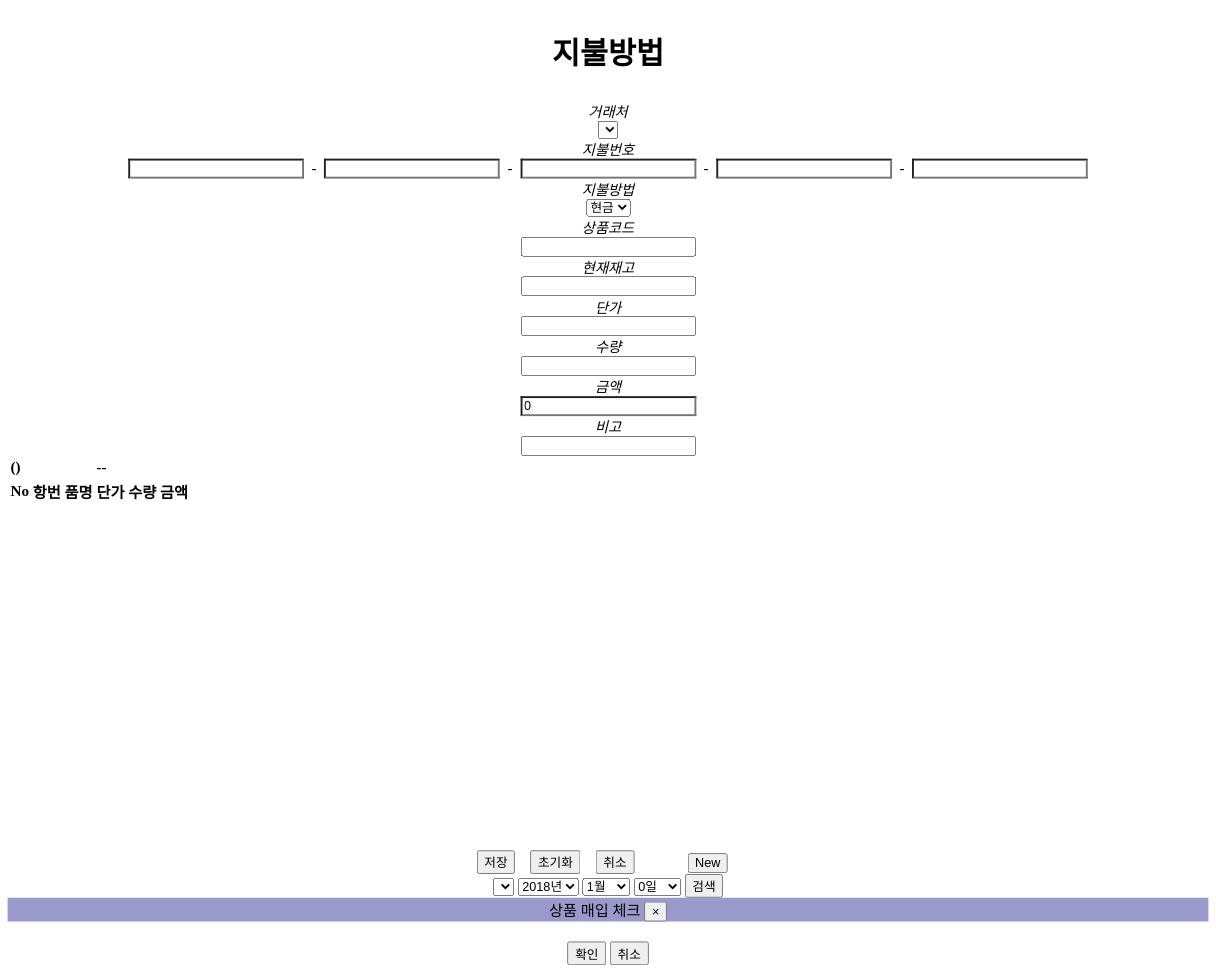
Repository: jaehyuny/springcontentall
Page: http://localhost/ncs4project/WEB-INF/views/distribution/pay_insert_form.jsp
An editor plug-in stored every save of this project. The page is shown before and after the next save, followed by the edit.
The browser window is 1280 px wide. The pictures show the whole page, at 95% of full size.
The page is served by Tomcat 9. Nobody is signed in. Other server files are loaded and not shown. The template is opened directly, without the code that normally fills it, so the values that code supplies are empty.

Above is the page before, as saved 2018-07-25 06:22:32.

### ncs4webproject/ncs4project/src/main/webapp/WEB-INF/views/distribution/pay_insert_form.jsp
<%@ page language="java" contentType="text/html; charset=UTF-8"
    pageEncoding="UTF-8"%>
    <%@ taglib uri="http://java.sun.com/jsp/jstl/core" prefix="c" %>
<!DOCTYPE html PUBLIC "-//W3C//DTD HTML 4.01 Transitional//EN" "http://www.w3.org/TR/html4/loose.dtd">
<html>
<head>
<meta http-equiv="Content-Type" content="text/html; charset=UTF-8">
<title>Insert title here</title>
</head>
<body>
	<form id="buy_form" name="buy_form" action="buyinsert" method="post">
		<input type="hidden" id="vendname" name="vendname">
		<input type="hidden" id="seq" name="seq" value="0">
		<input type="hidden" id="beforeqty" name="beforeqty" value="0">
		<input type="hidden" id="beforeprocode" name="beforeprocode" value="0">
		<input type="hidden" id="beforeprice" name="beforeprice" value="0">
		<div class="container" style="text-align: center">
			<div style="margin-top: 30px">
				<h1>지불방법</h1>
			</div>
			<div class="row" style="margin-top: 30px">
				<div class="input-group mb-3 col-md-6">
					<div class="input-group mb-3">
						<div class="input-group-prepend">
							<span class="input-group-text" style="width: 100px"><i
								class="fas fa-address-card" style="font-size: 15px"> 거래처</i></span>
						</div>
						<select id="selectvender" name="vendcode" class="form-control">
							<c:forEach var="vender" items="${venders}">
								<option value="${vender.code}"<c:if test="${vender.code == buy.vendcode}">selected</c:if>>${vender.name}</option>
							</c:forEach>
						</select>
					</div>
					<div class="input-group mb-3">
						<div class="input-group-prepend">
							<span class="input-group-text" style="width: 100px"><i
								class="fas fa-address-card" style="font-size: 15px"> 지불번호</i></span>
						</div>
						<input type="text" id="yyyy" name="yyyy" class="form-control" style="background-color: #fff" value="${buy.yyyy}" readonly>
						&nbsp-&nbsp
						<input type="text" id="mm" name="mm" class="form-control" style="background-color: #fff" value="${buy.mm}" readonly>
						&nbsp-&nbsp
						<input type="text" id="dd" name="dd" class="form-control" style="background-color: #fff" value="${buy.dd}" readonly>
						&nbsp-&nbsp
						<input type="text" id="no" name="no" class="form-control" style="background-color: #fff" value="${buy.no}" readonly>
						&nbsp-&nbsp
						<input type="text" id="hang" name="hang" class="form-control" style="background-color: #fff" value="${buy.hang}" readonly>
					</div>
					<div class="input-group mb-3">
						<div class="input-group-prepend">
							<span class="input-group-text" style="width: 100px"><i
								class="fas fa-address-card" style="font-size: 15px"> 지불방법</i></span>
						</div>
						<select id="payway" name="payway" class="form-control">
							<option value="현금">현금</option>
							<option value="어음">어음</option>
							<option value="카드">카드</option>
						</select>
					</div>
					<div class="input-group mb-3">
						<div class="input-group-prepend">
							<span class="input-group-text" style="width: 100px"><i
								class="fas fa-address-card" style="font-size: 15px"> 상품코드</i></span>
						</div>
						<input type="text" id="productcode" name="productcode" class="form-control"
							maxlength="25" readonly>
						<div class="input-group-prepend">
							<span class="input-group-text" style="width: 100px"><i
								class="fas fa-address-card" style="font-size: 15px"> 현재재고</i></span>
						</div>
						<input type="text" id="stock" name="stock"
							class="form-control" maxlength="3" readonly>
					</div>
					<div class="input-group mb-3">
						<div class="input-group-prepend">
							<span class="input-group-text" style="width: 100px"><i
								class="fas fa-address-card" style="font-size: 15px"> 단가</i></span>
						</div>
						<input type="text" id="price" name="price" class="form-control"
							maxlength="9">
					</div>
					<div class="input-group mb-3">
						<div class="input-group-prepend">
							<span class="input-group-text" style="width: 100px"><i
								class="fas fa-address-card" style="font-size: 15px"> 수량</i></span>
						</div>
						<input type="text" id="qty" name="qty" class="form-control"
							maxlength="3">
					</div>
					<div class="input-group mb-3">
						<div class="input-group-prepend">
							<span class="input-group-text" style="width: 100px"><i
								class="fas fa-address-card" style="font-size: 15px"> 금액</i></span>
						</div>
						<input type="text" id="total" name="total" class="form-control" style="background-color: #fff" value="0"
							maxlength="9" readonly>
					</div>
					<div class="input-group mb-3">
						<div class="input-group-prepend">
							<span class="input-group-text" style="width: 100px"><i
								class="fas fa-address-card" style="font-size: 15px"> 비고</i></span>
						</div>
						<input type="text" id="memo" name="memo" class="form-control"
							maxlength="30">
					</div>
				</div>
				<div class="input-group mb-3 col-md-6" style="overflow:auto; height:415px">
					<div class="input-group mb-3">
						<table class="table table-bordered">
							<thead class="thead-dark">
								<tr style="text-align: left">
									<c:choose>
										<c:when test="${y == null}">
											<th colspan="3">(${buy.vendname})</th>
											<th colspan="3">${buy.yyyy}-${buy.mm}-${buy.dd}</th>
										</c:when>
										<c:otherwise>
											<th colspan="3">${vn}</th>
											<th colspan="3">
											<c:choose>
												<c:when test="${d != 0}">${y}-${m}-${d}</c:when>
												<c:otherwise>${y}-${m}</c:otherwise>
											</c:choose>
											</th>
										</c:otherwise>
									</c:choose>
								</tr>
								<tr>
									<th>No</th>
									<th>항번</th>
									<th>품명</th>
									<th>단가</th>
									<th>수량</th>
									<th>금액</th>
								</tr>
							</thead>
							<c:forEach var="buy" items="${buys}" varStatus="status">
								<tbody>
									<tr>
									<c:choose>
										<c:when test="${buy.hang==0 && buy.no !=0}">
											<td> </td>
											<td> </td>
											<td>소계</td>
											<td> </td>
											<td>${buy.qty}</td>
											<td>${buy.total}</td>
										</c:when>
										<c:when test="${buy.hang==0 && buy.no ==0}">
											<td></td>
											<td></td>
											<td>총계</td>
											<td></td>
											<td>${buy.qty}</td>
											<td>${buy.total}</td>
										</c:when>
										<c:otherwise>
											<c:choose>
												<c:when test="${d != 0}">
													<td>${buy.no}</td>
												</c:when>
												<c:otherwise>
													<td>${buy.dd}-${buy.no}</td>
												</c:otherwise>
											</c:choose>
											<td>${buy.hang}</td>
											<td><a href="#" onclick="selectedSeq(${buy.seq})">${buy.proname}</a></td>
											<td>${buy.price}</td>
											<td>${buy.qty}</td>
											<td>${buy.total}</td>
										</c:otherwise>
									</c:choose>
									</tr>
								</tbody>
							</c:forEach>
						</table>
					</div>
				</div>
			</div>
			</form>
			<form id="buysearch_form" action="buysearch" method="get">
			<div class="row">
				<div class="input-group mb-3 col-md-6">
					<button type="button" id="buysave" class="btn btn-primary">저장</button>
					&nbsp&nbsp
					<button type="button" id="buyupdate" class="btn btn-success" style="display: none">update</button>
					<button type="reset" id="buyreset" class="btn btn-success">초기화</button>
					&nbsp&nbsp
					<a href="index"><button type="button" id="buycancel"
							class="btn btn-warning">취소</button></a>
					&nbsp&nbsp&nbsp&nbsp&nbsp&nbsp&nbsp&nbsp&nbsp&nbsp&nbsp&nbsp
					<a href="buyinsertform"><button type="button" id="buynew" class="btn btn-danger">New</button></a>
					&nbsp&nbsp
					<button type="button" id="buydelete" class="btn btn-default"  style="display: none">삭제</button>
				</div>
				<div class="input-group mb-3 col-md-6">
					<select id="searchvender" name="searchvender" class="form-control">
						<c:forEach var="vender" items="${venders}">
							<option value="${vender.code}"<c:if test="${vender.code == vn}">selected</c:if>>${vender.name}</option>
						</c:forEach>
					</select>
					<select id="searchyyyy" name="searchyyyy" class="form-control">
						<c:forEach begin="1" end="18" var="x" step="1">
							<c:choose>
								<c:when test="${x <= 9}">
									<option value="20${19-x}">20${19-x}년</option>
								</c:when>
								<c:otherwise>
									<option value="200${19-x}">200${19-x}년</option>
								</c:otherwise>
							</c:choose>
						</c:forEach>
					</select>
					<select id="searchmm" name="searchmm" class="form-control">
						<c:forEach var="i" begin="1" end="12" step="1">
							<option value="${i}"<c:if test="${i == m}">selected</c:if>>${i}월</option>
						</c:forEach>
					</select>
					<select id="searchdd" name="searchdd" class="form-control">
						<c:forEach var="i" begin="0" end="31" step="1">
							<option value="${i}"<c:if test="${i == d}">selected</c:if>>${i}일</option>
						</c:forEach>
					</select>
					<button type="button" id="buysearch" class="btn btn-primary">검색</button>
				</div>
			</div>
			<!-- Modal -->
			<div id="buymyModal" class="modal fade" role="dialog">
				<div class="modal-dialog">

					<!-- Modal content-->
					<div class="modal-content">
						<div class="modal-header" style="background-color: #9999cc">
							상품 매입 체크
							<button type="button" class="close" data-dismiss="modal">&times;</button>
							<h4 class="modal-title"></h4>
						</div>
						<div class="buy-modal-body">
							<p><span id="modalmsgvender"></span></p>
							<p><span id="modalmsgproduct"></span></p>
							<p><span id="modalmsg"></span></p>
						</div>
						<div class="modal-footer">
							<button type="button" class="btn btn-success buy_modal_btn1" data-dismiss="modal">확인</button>
							<button type="button" class="btn btn-success buy_modal_btn2" data-dismiss="modal">취소</button>
						</div>
					</div>
				</div>
			</div>
		</div>
	</form>
</body>
</html>

After the next save:
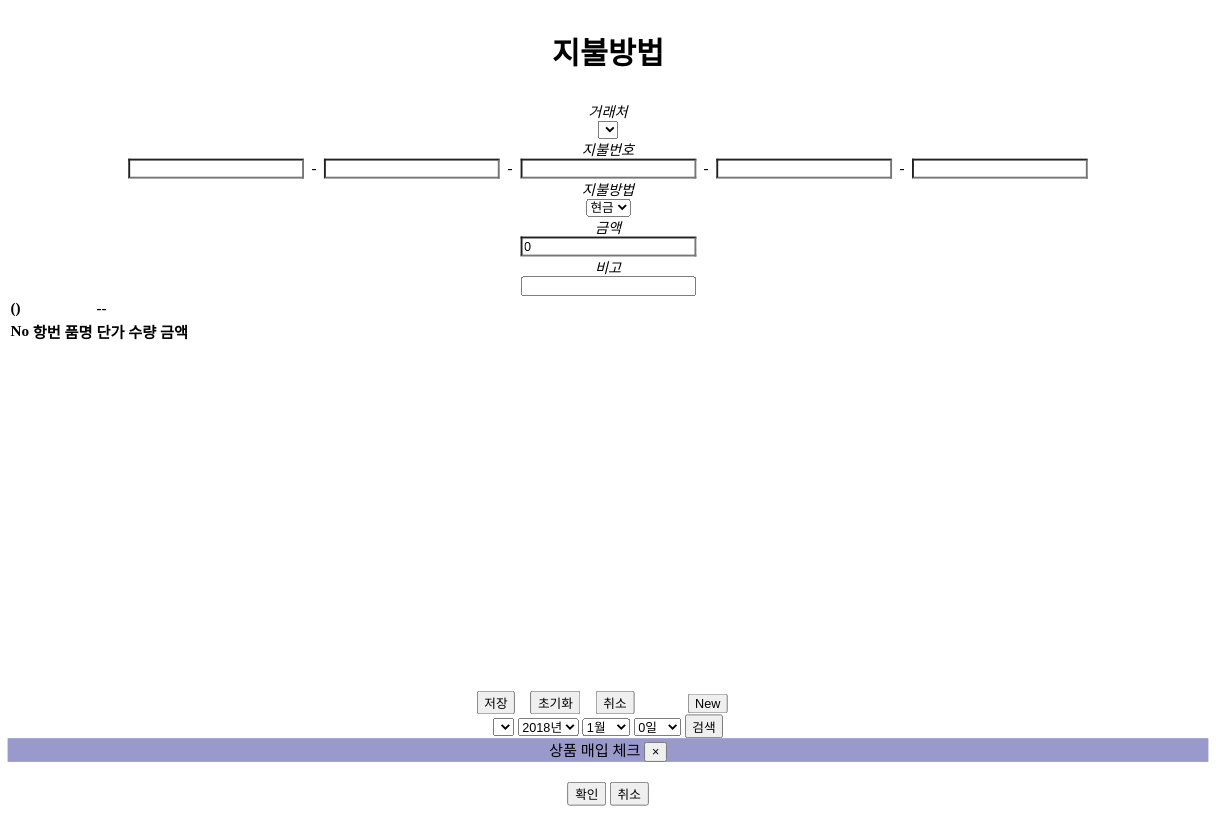
Saved 14 min 17 s later.
--- a/ncs4webproject/ncs4project/src/main/webapp/WEB-INF/views/distribution/pay_insert_form.jsp
+++ b/ncs4webproject/ncs4project/src/main/webapp/WEB-INF/views/distribution/pay_insert_form.jsp
@@ -60,39 +60,9 @@
 					<div class="input-group mb-3">
 						<div class="input-group-prepend">
 							<span class="input-group-text" style="width: 100px"><i
-								class="fas fa-address-card" style="font-size: 15px"> 상품코드</i></span>
-						</div>
-						<input type="text" id="productcode" name="productcode" class="form-control"
-							maxlength="25" readonly>
-						<div class="input-group-prepend">
-							<span class="input-group-text" style="width: 100px"><i
-								class="fas fa-address-card" style="font-size: 15px"> 현재재고</i></span>
-						</div>
-						<input type="text" id="stock" name="stock"
-							class="form-control" maxlength="3" readonly>
-					</div>
-					<div class="input-group mb-3">
-						<div class="input-group-prepend">
-							<span class="input-group-text" style="width: 100px"><i
-								class="fas fa-address-card" style="font-size: 15px"> 단가</i></span>
-						</div>
-						<input type="text" id="price" name="price" class="form-control"
-							maxlength="9">
-					</div>
-					<div class="input-group mb-3">
-						<div class="input-group-prepend">
-							<span class="input-group-text" style="width: 100px"><i
-								class="fas fa-address-card" style="font-size: 15px"> 수량</i></span>
-						</div>
-						<input type="text" id="qty" name="qty" class="form-control"
-							maxlength="3">
-					</div>
-					<div class="input-group mb-3">
-						<div class="input-group-prepend">
-							<span class="input-group-text" style="width: 100px"><i
 								class="fas fa-address-card" style="font-size: 15px"> 금액</i></span>
 						</div>
-						<input type="text" id="total" name="total" class="form-control" style="background-color: #fff" value="0"
+						<input type="text" id="amount" name="amount" class="form-control" style="background-color: #fff" value="0"
 							maxlength="9" readonly>
 					</div>
 					<div class="input-group mb-3">
